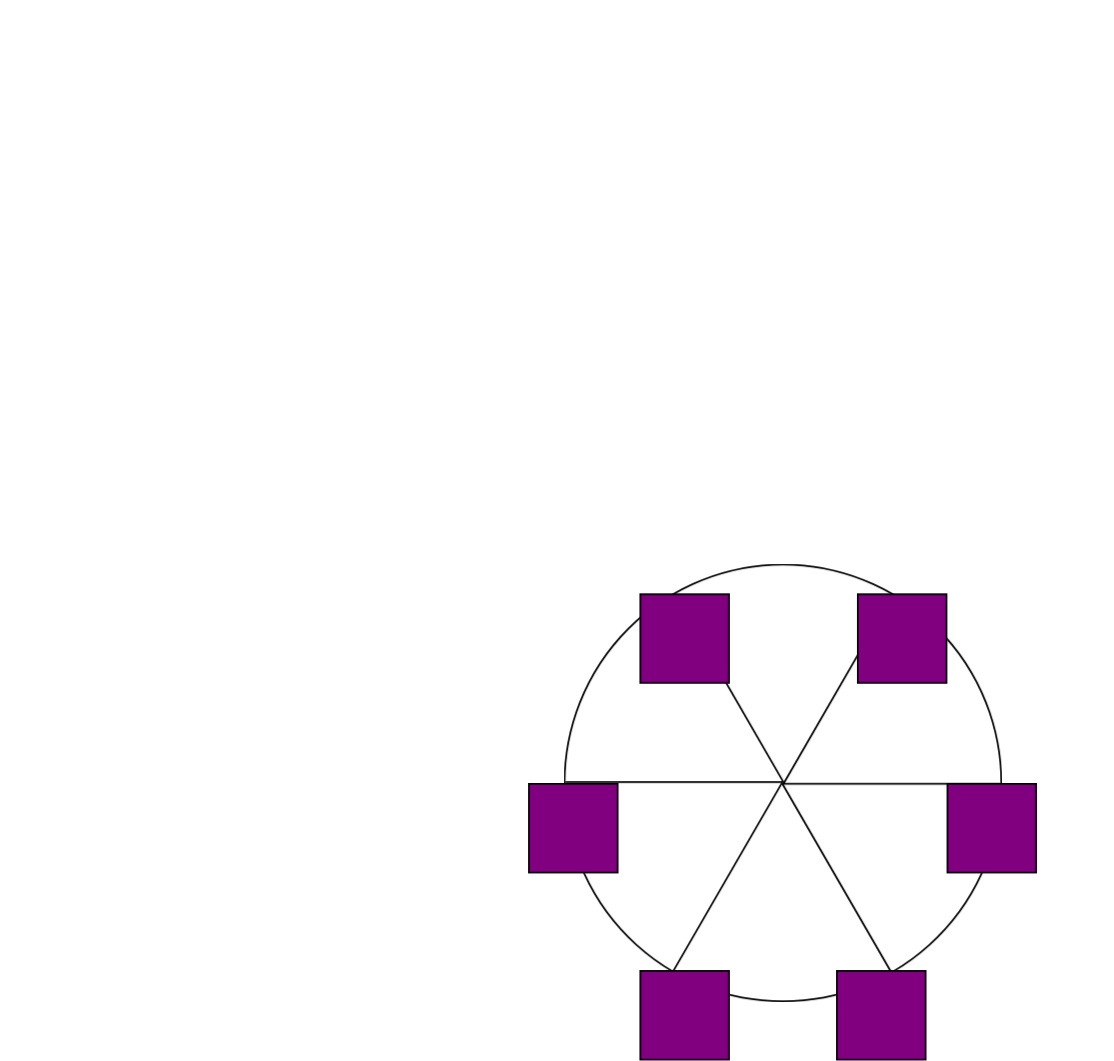
Repository: Lungdjos/ferris_wheel
Page: index.html
The author's editor kept a copy of each file at every save. The page is drawn from the files as they stood at one save, then again after the next save.
The browser window is 1280 px wide. The pictures show the whole page, at 87% of full size.

Above is the page before, as saved 2024-01-12 10:48:09.

After the next save:
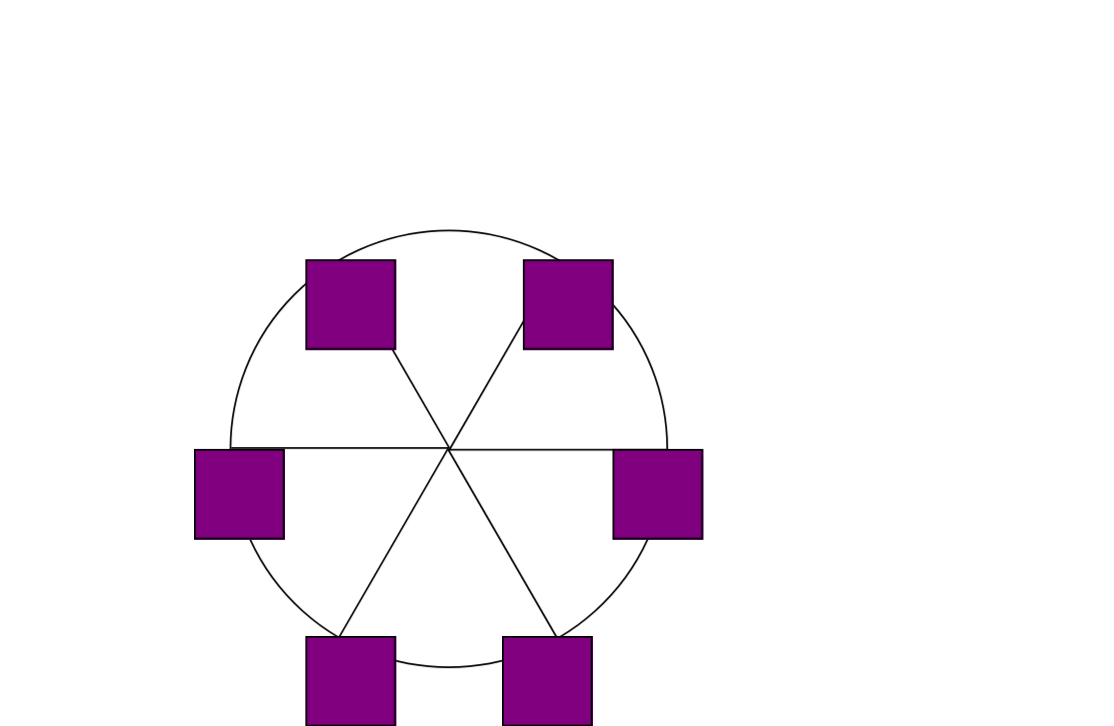
Saved 38 s later.
--- a/styles.css
+++ b/styles.css
@@ -7,7 +7,7 @@
     .wheel {
         border: 2px solid black;
         border-radius: 50%;
-        margin: 50%;
+        margin: 20%;
         position: absolute;
         height: 55vw;
         width: 55vw;
